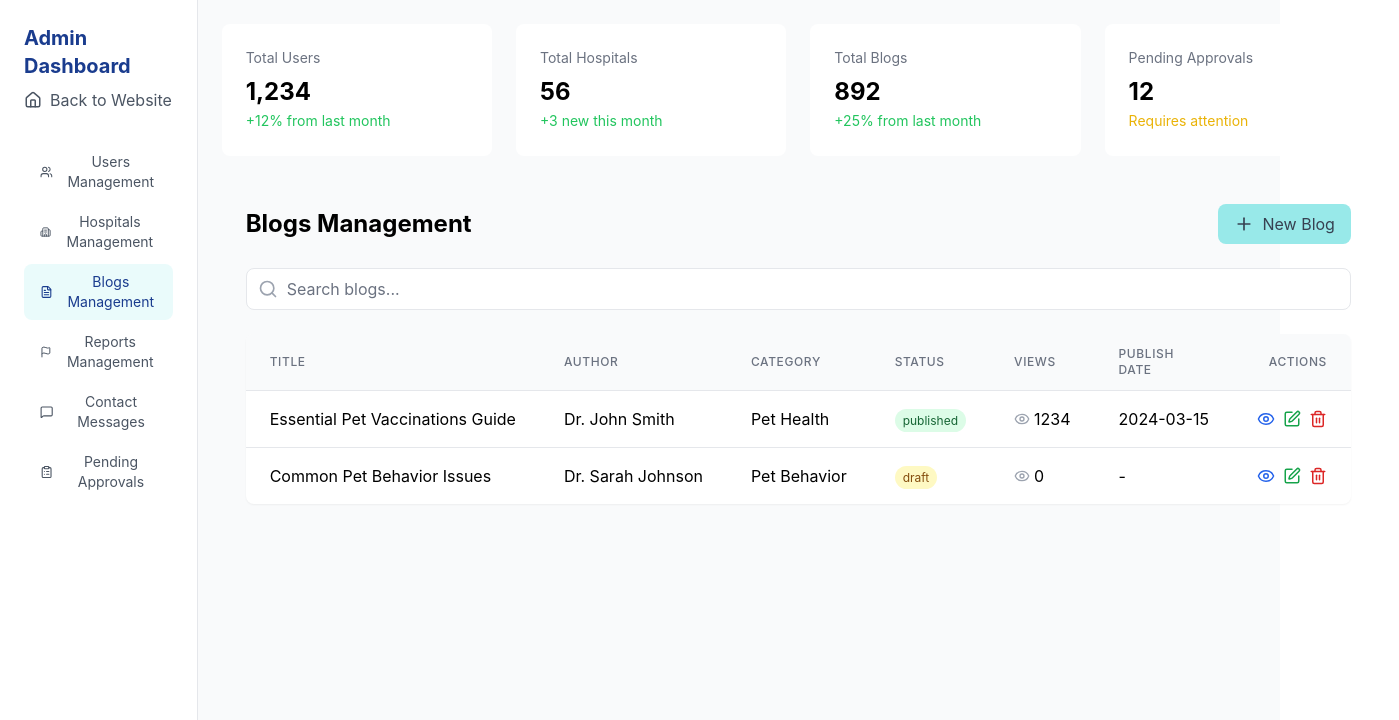
Repository: ZSayless/MyPetDoc
Page: /admin, after clicking the first element matching `nav.space-y-1 > :nth-child(3)`
These files come from the project's save history. The page is drawn as it stood at one moment and after the next save; the edit follows.
The browser window is 1280 px wide. The page is 1399 px wide, so the pictures cover 1399 px, including what lies to the right of the window. The pictures show the whole page.
The project was rebuilt for these pictures with package versions that can differ from the ones it lists, and the page was loaded fresh each time. Also part of the build but not shown: vite.config.js, src/core/ButtonLink.js, src/components/register/SelectRoleModal.js, src/services/authService.js, src/components/register/Register.js, src/core/Overlay.js, src/components/login/Login.js, src/components/layout/Header.js and 39 more.

Above is the page before, as saved 2025-01-15 22:47:06.

After the next save:
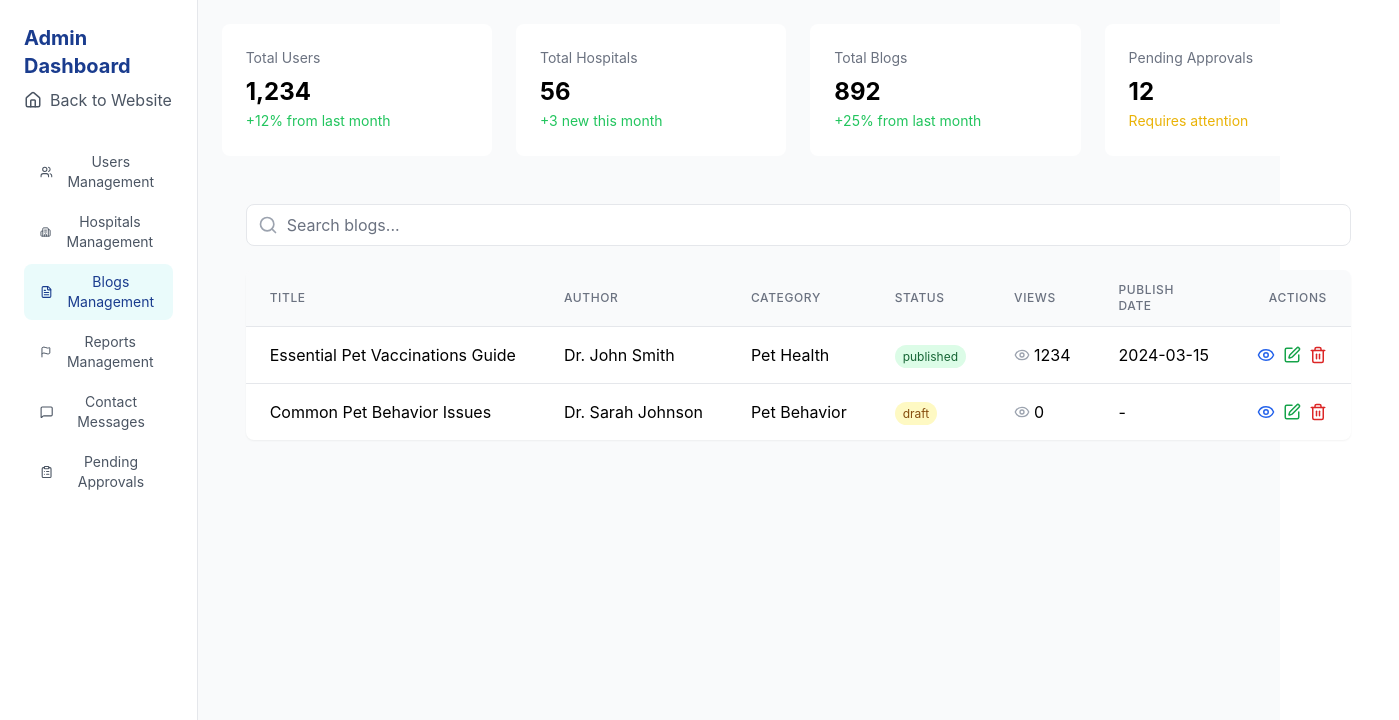
Saved 6 s later.
--- a/src/pages/admin/tabs/BlogsManagement.js
+++ b/src/pages/admin/tabs/BlogsManagement.js
@@ -36,13 +36,13 @@ function BlogsManagement() {
   return (
     <div className="p-6">
       {/* Header */}
-      <div className="flex justify-between items-center mb-6">
+      {/* <div className="flex justify-between items-center mb-6">
         <h1 className="text-2xl font-bold">Blogs Management</h1>
         <button className="flex items-center gap-2 px-4 py-2 bg-[#98E9E9] text-gray-700 rounded-lg hover:bg-[#7CD5D5]">
           <Plus size={20} />
           New Blog
         </button>
-      </div>
+      </div> */}
 
       {/* Search */}
       <div className="mb-6">
